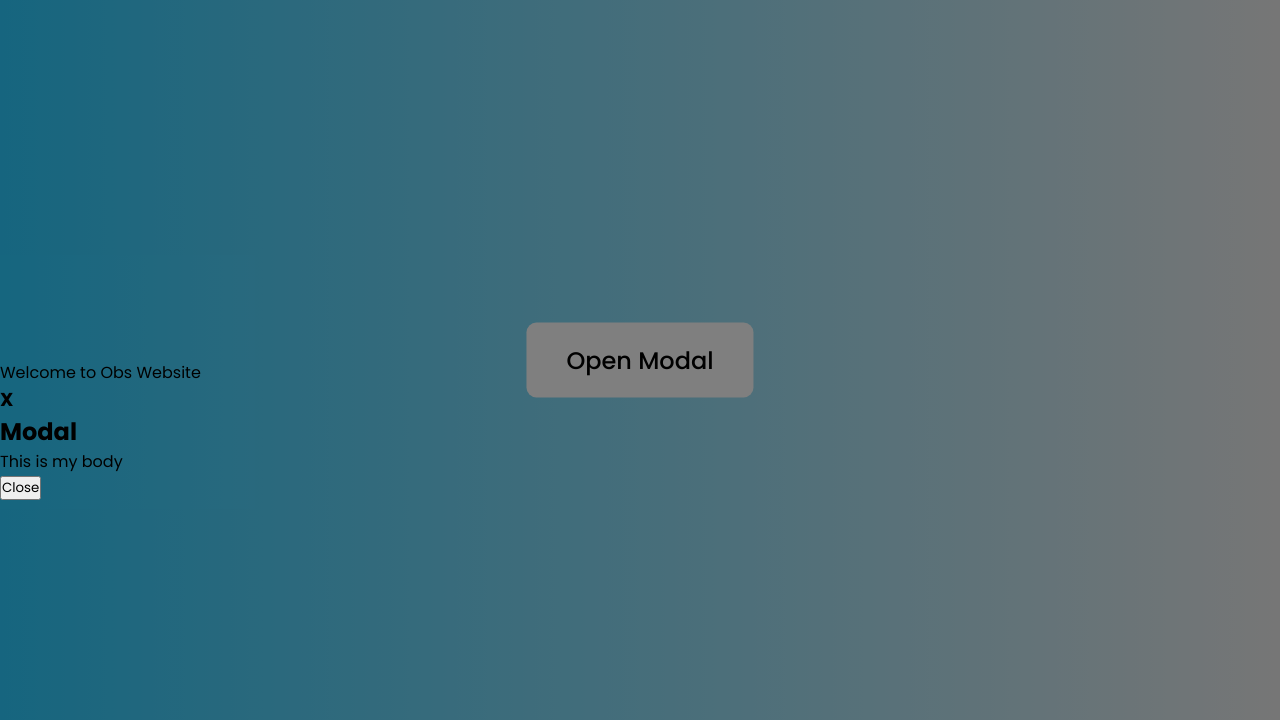
Repository: lausamtuong/Modal_card
Page: index.html
An editor plug-in stored every save of this project. The page is shown before and after a run of saves, followed by the edit.
The browser window is 1280 px wide. The pictures show the whole page.
The style sheet was rebuilt from its Sass, Less or Tailwind sources for each picture, by a compiler version that may differ from the author's.

Above is the page before, as saved 2021-12-15 06:48:15.

### index.html
<!DOCTYPE html>
<html lang="en">
<head>
    <meta charset="UTF-8">
    <meta http-equiv="X-UA-Compatible" content="IE=edge">
    <meta name="viewport" content="width=device-width, initial-scale=1.0">
    <link rel="stylesheet" href="style.css">
    <link href="https://fonts.googleapis.com/css2?family=Poppins:wght@400;500;700&display=swap" rel="stylesheet">
    <title>Document</title>
</head>
<body>
    <button class="open__btn">Open Modal</button>
    <div class="modal">
        <div class="modal__inner">
            <div class="modal__header">
                <p>Welcome to Obs Website</p>
                <h3>X</h3>
            </div>
            <div class="modal__body">
                <h2>Modal</h2>
                <p>This is my body</p>
            </div>
            <div class="modal__footer">
                <button class="modal__close-btn">Close</button>
            </div>
        </div>
    </div>
</body>
</html>

### style.scss
*{
    margin: 0;
    padding: 0;
    box-sizing: border-box;
    font-family: 'Poppins', sans-serif;
}
body{
    height: 100vh;
    background:  linear-gradient( to right,#2cccff ,#eee );;
}
.open__btn{
     position: relative;;
   top:50%;
   left:50%;
   transform: translate(-50%,-50%);
   outline: none;
   border: none;
   padding : 20px 40px;
   font-weight: 500;
   font-size: 1.5rem;
   border-radius: 10px;
   background-color:#fff;
   &:hover{
      opacity: 0.7;
       cursor: pointer;
       transition: 0.5s;
   }
}
.modal{
    background-color: rgba(0,0,0,0.5);
    position:fixed;
    top:0;
    bottom:0;
    right:0;
    left:0;
    &__inner{
        position:relative;
        top:50%;

    }
}

After the next 2 saves:
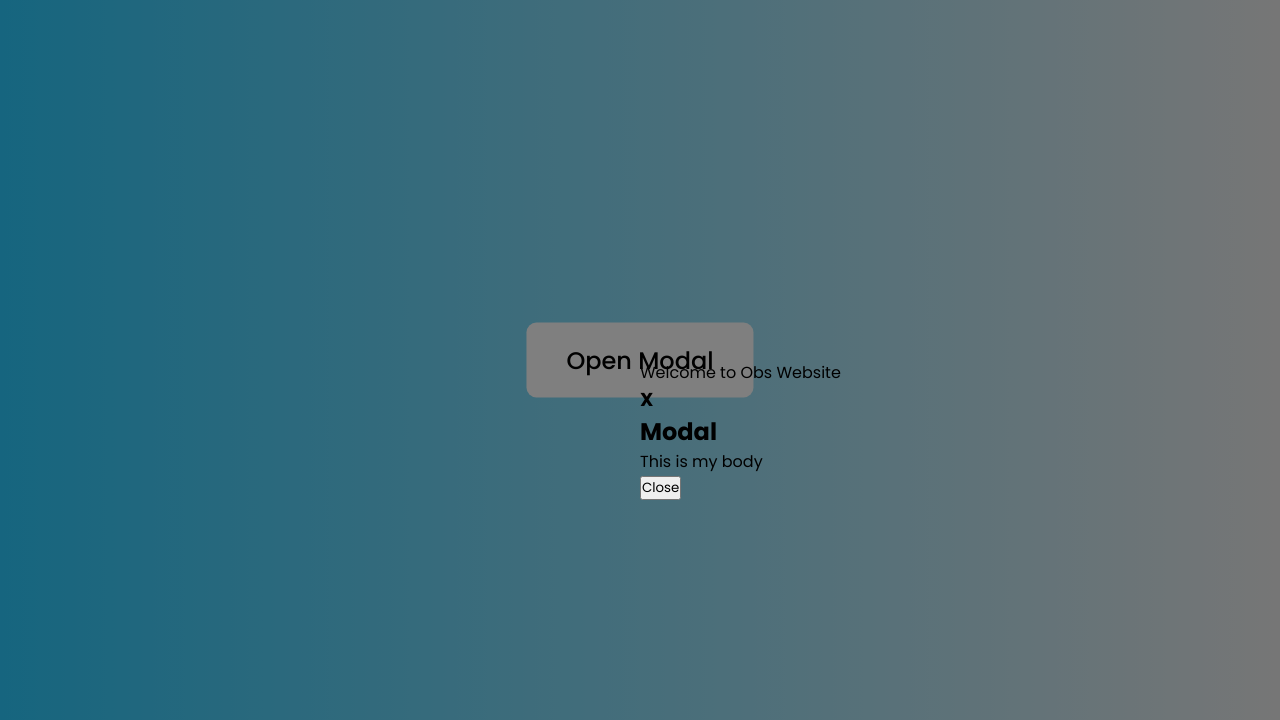
The 2 saves are shown as one change because they came seconds apart.
The last was saved 6 s later.
--- a/style.scss
+++ b/style.scss
@@ -36,6 +36,6 @@
     &__inner{
         position:relative;
         top:50%;
-
+        left:50%;
     }
 }

After the 2 saves that followed:
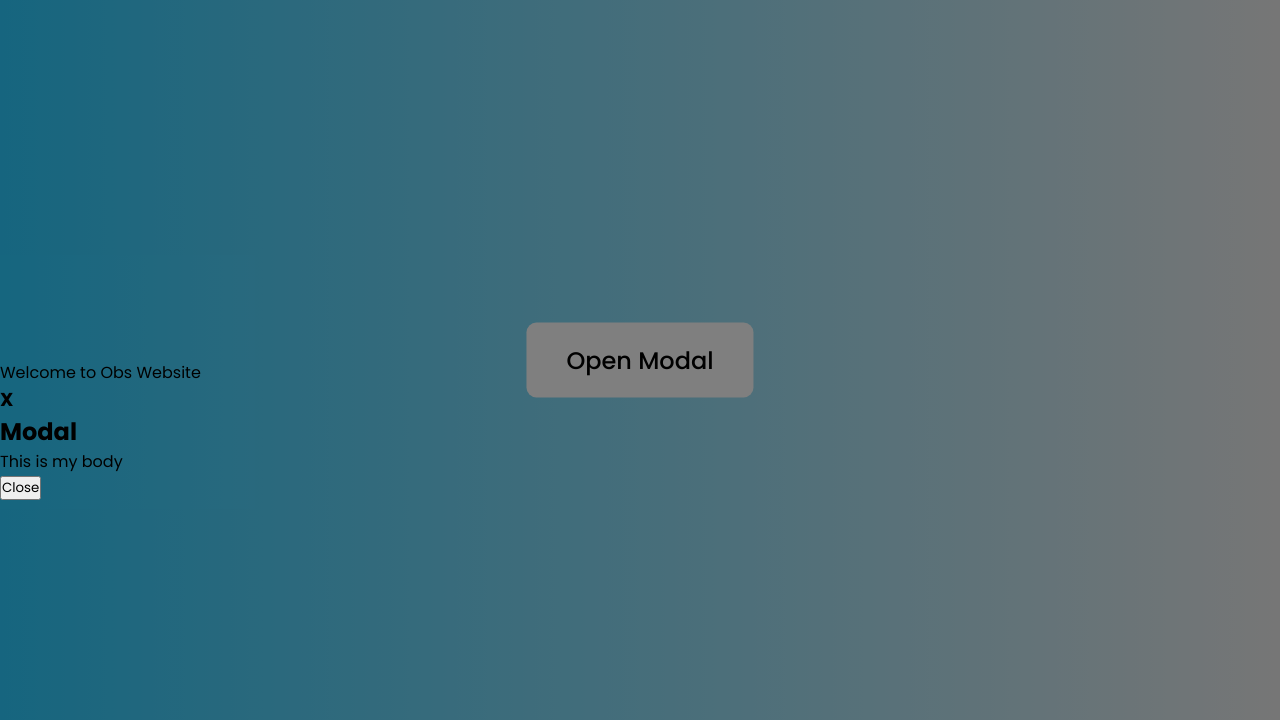
The 2 saves are shown as one change because they came seconds apart.
The last was saved 11 s later.
--- a/style.scss
+++ b/style.scss
@@ -36,6 +36,6 @@
     &__inner{
         position:relative;
         top:50%;
-        left:50%;
+        margin :0 auto;
     }
 }
